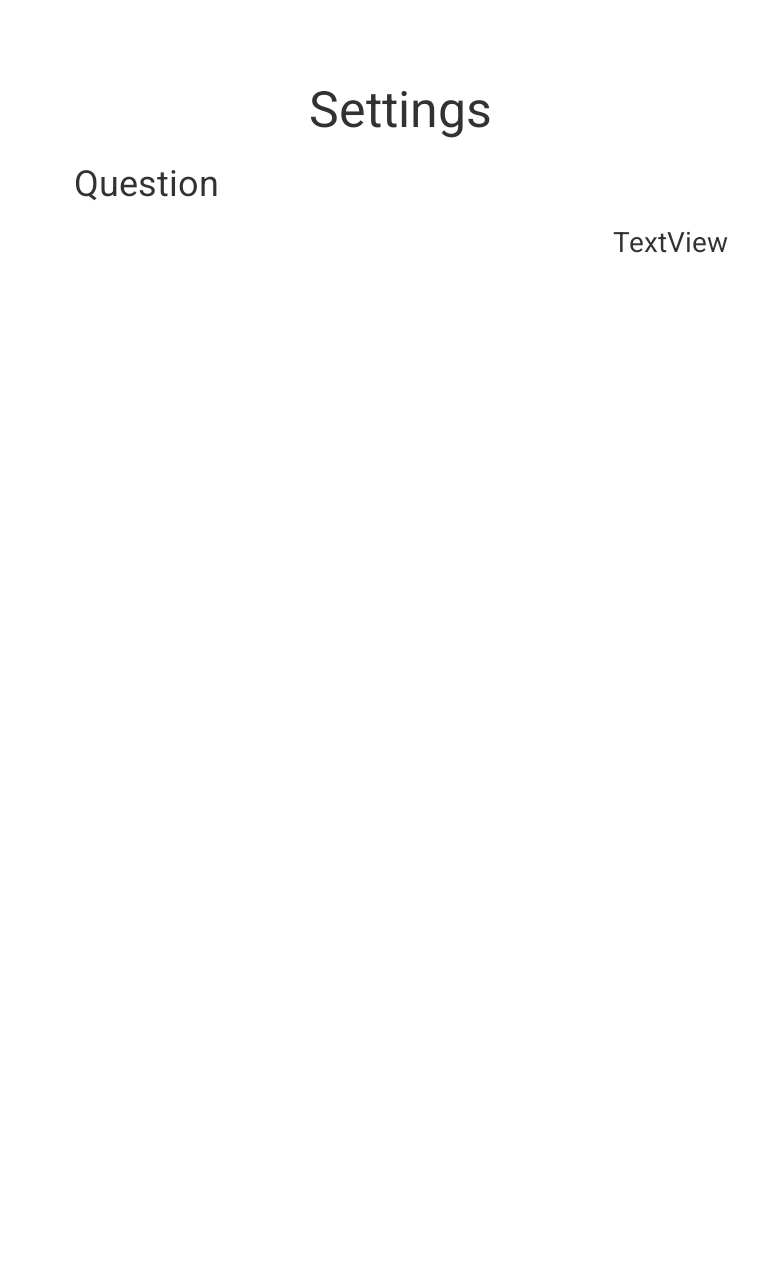
Repository: dsu1995/CountryQuiz
Layout: CountryQuiz/res/layout/activity_main.xml
These files come from the project's save history. The layout is drawn as it stood at one moment and after the next save; the edit follows.
It is drawn on a 768 x 1280 px phone screen (xhdpi) without system bars, with theme AppTheme; the app's code is not run.

Above is the layout before, as saved 2013-05-18 18:31:53.

### CountryQuiz/res/layout/activity_main.xml
<GridLayout xmlns:android="http://schemas.android.com/apk/res/android"
    xmlns:tools="http://schemas.android.com/tools"
    android:id="@+id/GridLayout1"
    android:layout_width="match_parent"
    android:layout_height="match_parent"
    android:alignmentMode="alignBounds"
    android:columnCount="2"
    android:columnOrderPreserved="false"
    android:orientation="horizontal"
    android:paddingBottom="@dimen/activity_vertical_margin"
    android:paddingLeft="@dimen/activity_horizontal_margin"
    android:paddingRight="@dimen/activity_horizontal_margin"
    android:paddingTop="@dimen/activity_vertical_margin"
    android:rowCount="6"
    android:useDefaultMargins="true"
    tools:context=".MainActivity" >

    <TextView
        android:id="@+id/settingsTextView"
        android:layout_column="0"
        android:layout_columnSpan="2"
        android:layout_gravity="top|center_horizontal"
        android:layout_marginLeft="21dp"
        android:layout_marginTop="21dp"
        android:layout_row="0"
        android:text="@string/settings_text"
        android:textSize="25sp" />

    <TextView
        android:id="@+id/questionTextView"
        android:layout_column="0"
        android:layout_gravity="left"
        android:layout_row="1"
        android:text="@string/question_text"
        android:textSize="18sp" />

    <TextView
        android:id="@+id/textView1"
        android:layout_column="1"
        android:layout_gravity="right|top"
        android:layout_row="5"
        android:text="TextView" />

</GridLayout>

### CountryQuiz/res/values/strings.xml
<?xml version="1.0" encoding="utf-8"?>
<resources>

    <string name="app_name">David Su Country Quiz</string>
    <string name="action_settings">Settings</string>
    <string name="settings_text">Settings</string>
    <string name="question_text">Question </string>
    <string name="question_type_text">Question Type</string>
    <string name="answer_text">Answer</string>
    <string name="answer_type_text">Answer Type</string>
    <string name="start_text">Start</string>
    <string name="title_activity_game">Country Quiz</string>
    <string name="restart_string">Restart Quiz</string>

    <string-array name="question_array">
        <item>Country (10 points)</item>
        <item>Capital City (10 points)</item>
        <item>Flag (20 points)</item>
        <item>Country Marked on Map (20 points)</item>
    </string-array>
    <string-array name="question_type_array">
        <item>Text (0 points)</item>
        <item>Speech (5 points)</item>
    </string-array>
    <string-array name="answer_array">
        <item>Country (10 points)</item>
        <item>Capital City (10 points)</item>
        <item>Continent (5 points)</item>
    </string-array>
    <string-array name="answer_type_array">
        <item>Keyboard (5 points)</item>
        <item>Multiple Choice(0 points)</item>
    </string-array>

    <string name="points_string">&quot;Points Earned per Question: &quot;</string>
    <string name="invalid_string">Invalid Selection</string>
    <string name="tts_button_string">Press Button to Hear Question</string>
    <string name="skip_question_string">Skip this Question</string>
    <string name="country_string">Country: </string>
    <string name="capital_answer_hint_string">Enter the capital here</string>
    <string name="incorrect_answer_string">Incorrect Answer!</string>
    <string name="ok_string">OK</string>
    <string name="correct_answer_string">Correct!</string>
    <string name="reveal_answer_string">The correct answer is: </string>
    <string name="score_string">Score:</string>
    <string name="summary_string">You finished the game with a score of: %1$s. \n Congratulations! You are at a Grade %2$s level.</string>
    <string name="title_activity_summary">Post-Quiz Report</string>
    <string name="capital_string">Capital:</string>
    <string name="country_answer_hint_string">Enter the country</string>
    <string name="country_tts_button_string">Tap to hear country name</string>
    <string name="capital_tts_button_string">Tap to hear capital city name</string>
    <string name="continent_answer_hint_string">Enter the continent here</string>
    <string name="flag_string">Flag</string>
    <string-array name="continents_array">
        <item >Asia</item>
        <item >Africa</item>
        <item >North America</item>
        <item >South America</item>
        <item >Europe</item>
        <item >Oceania</item>
    </string-array>

</resources>

Loaded but not shown: CountryQuiz/res/values/styles.xml (common file); CountryQuiz/res/values-v11/styles.xml (common file); CountryQuiz/res/values-v14/styles.xml (common file); CountryQuiz/res/values/dimens.xml (common file)

After the next save:
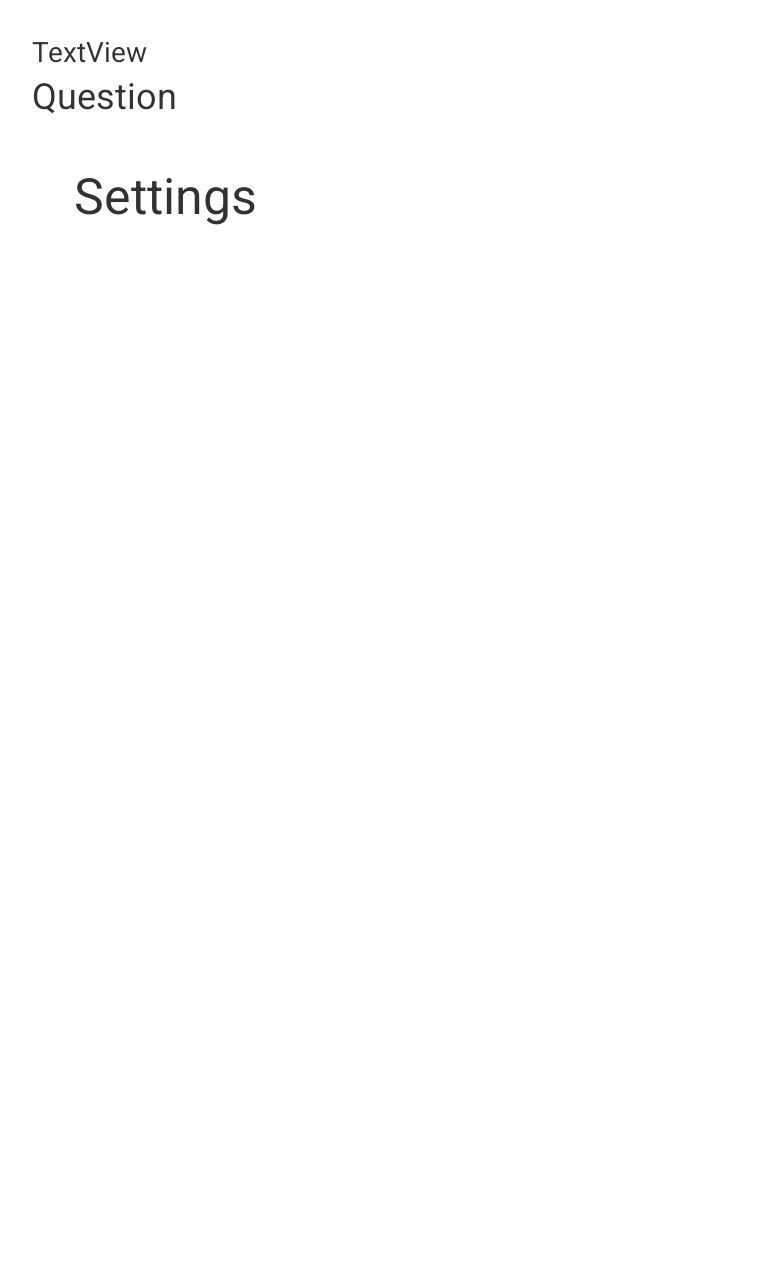
Saved 14 min 20 s later.
--- a/CountryQuiz/res/layout/activity_main.xml
+++ b/CountryQuiz/res/layout/activity_main.xml
@@ -1,44 +1,44 @@
-<GridLayout xmlns:android="http://schemas.android.com/apk/res/android"
+<TableLayout xmlns:android="http://schemas.android.com/apk/res/android"
     xmlns:tools="http://schemas.android.com/tools"
-    android:id="@+id/GridLayout1"
+    android:id="@+id/TableLayout1"
     android:layout_width="match_parent"
     android:layout_height="match_parent"
-    android:alignmentMode="alignBounds"
-    android:columnCount="2"
-    android:columnOrderPreserved="false"
     android:orientation="horizontal"
     android:paddingBottom="@dimen/activity_vertical_margin"
     android:paddingLeft="@dimen/activity_horizontal_margin"
     android:paddingRight="@dimen/activity_horizontal_margin"
     android:paddingTop="@dimen/activity_vertical_margin"
-    android:rowCount="6"
-    android:useDefaultMargins="true"
     tools:context=".MainActivity" >
 
     <TextView
-        android:id="@+id/settingsTextView"
-        android:layout_column="0"
-        android:layout_columnSpan="2"
-        android:layout_gravity="top|center_horizontal"
-        android:layout_marginLeft="21dp"
-        android:layout_marginTop="21dp"
-        android:layout_row="0"
-        android:text="@string/settings_text"
-        android:textSize="25sp" />
+        android:id="@+id/textView1"
+        android:layout_width="wrap_content"
+        android:layout_height="wrap_content"
+        android:layout_gravity="center_horizontal|top"
+        android:text="TextView" />
 
     <TextView
         android:id="@+id/questionTextView"
-        android:layout_column="0"
-        android:layout_gravity="left"
-        android:layout_row="1"
+        android:layout_width="wrap_content"
+        android:layout_height="wrap_content"
+        android:layout_gravity="right|top"
         android:text="@string/question_text"
         android:textSize="18sp" />
 
-    <TextView
-        android:id="@+id/textView1"
-        android:layout_column="1"
-        android:layout_gravity="right|top"
-        android:layout_row="5"
-        android:text="TextView" />
+    <TableRow
+        android:id="@+id/tableRow1"
+        android:layout_width="wrap_content"
+        android:layout_height="wrap_content" >
 
-</GridLayout>
+        <TextView
+            android:id="@+id/settingsTextView"
+            android:layout_width="wrap_content"
+            android:layout_height="wrap_content"
+            android:layout_marginLeft="21dp"
+            android:layout_marginTop="21dp"
+            android:text="@string/settings_text"
+            android:textSize="25sp"  />
+
+    </TableRow>
+
+</TableLayout>
